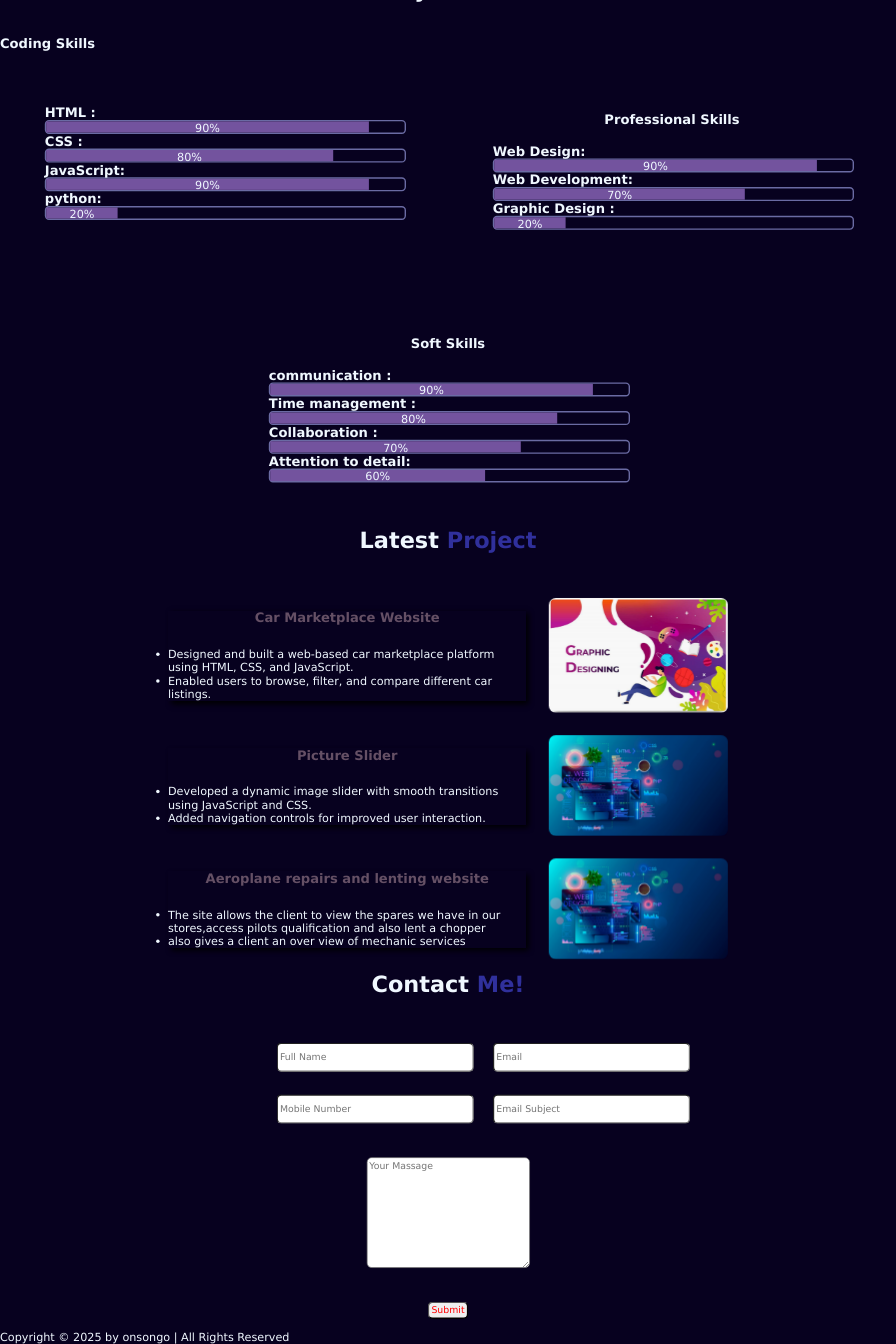
Repository: shrewd-baddest/portfolio
Page: myportfolio-main/index.html
These files come from the project's save history. The page is drawn as it stood at one moment and after the next save; the edit follows.
The browser window is 1280 px wide. The pictures show the part of the page from y = 1405 to 3325 px (the page is 3325 px tall before and 3261 px after), at 70% of full size.
Some web libraries are served in a nearby version.

Above is the page before, as saved 2025-06-09 12:22:46.

### myportfolio-main/index.html
<!DOCTYPE html>
<html lang="en">

<head>
    <meta charset="UTF-8">
    <meta http-equiv="X-UA-Compatible" content="IE=edge">
    <meta name="viewport" content="width=device-width, initial-scale=1.0">


    <title>PAUL ONSONGO - Software Engineer Portfolio</title>
  <link rel="stylesheet" href="/sting.css">

    <link rel="icon" href="img/Picsart_24-01-07_04-34-43-464.jpg">

</head>

<body>
    <!-- header design -->
    <header class="header">
        <a href="#" class="logo " >PAUL</a>
        <div id="menu_icon" class='menu_icon'>
            <img src="\myportfolio-main\img\menu.webp" alt="">
        </div>
        <nav class="navbar" id='navbar'>
            <a href="# " class="active">Home</a>
            <a href="#about">About</a>
            <a href="#skills">Skills</a>
            <a href="#portfolio">My Project</a>
            <a href="#contact">Contact</a>

         </nav>
    </header>

    <!-- home design -->
    <section class="home " id="home">
        <div class="home-content">
             <h1 class="names">Hallo, I'm <span>onsongo</span></h1>
            <div class="text-animate">
                <h3>And I'm a</h3>
                <h3><samp class="multiple-text"></samp></h3>
            </div>
            <p class="multiple-text">
                Aspiring software engineer, passionate about coding and problem-solving. Committed to learning,
                adapting, and contributing to innovative tech solutions.
            </p>
        </div>
            <div class="btn-box">
                <a href="#"  >requesting for an attachment</a>
            </div>

        <div class="home_sci">

            <a href="https://wa.me/0798233766" class='box-whatsapp' id="social"> <img src="\myportfolio-main\img\wozapu.png" alt=""></a>
            <a href="https://github.com/shrewd-baddest" class=' box-github' id="social"> <img src="\myportfolio-main\img\git1.png" alt=""></a>
             <a href="https://www.linkedin.com/in/paul onsongo" class=' box-linkedin' id="social"><img src="\myportfolio-main\img\linkedin.png" alt=""></a>

        </div>
    </section>

    <!-- about  -->
    <section class="about" id="about">
        <h2 class="heading">About <span>Me</span></h2>
  <div>

      <img src="\myportfolio-main\img\shrewd.jpg" alt="" id="shrewd">
  </div>

        <div class="about-content">
            <h3 class="cont-head">Frontend Developer !</h3>
            <p class="cont-par">Passionate Second-year software engineering student dedicated to mastering the art of coding. Eager to
                explore diverse facets of technology, from algorithm design to web development. Enthusiastic about
                problem-solving and collaborating on innovative projects. Proficient in languages like JavaScript and HTML /
                CSS. Constantly seeking opportunities to expand my skills and contribute to the ever-evolving tech
                landscape. Adept at adapting to new challenges, I aim to blend creativity with precision in crafting
                efficient software solutions. Outside the digital realm, I enjoy staying updated on industry trends and
                fostering a collaborative learning environment. Let's build the future together!</p>
        </div>

            <a href="#" class="btn">Read More</a>

    </section>

    <!-- Skills -->
    <section class="skills" id="skills">
        <h2 class="heading">My <span>Skills</span></h2>

                <h3 class="title">Coding Skills</h3>
                 <div class="grp">


                    <div class="skills-column">
                        <div class="progress">
                            <h3> HTML :</h3>
                            <div class="bar "><div class="ht ">90%</div></div>
                        </div>
                        <div class="progress">
                            <h3><i class='box-css3'></i>CSS :</h3>
                            <div class="bar"><div class="css">80%</div></div>
                        </div>
                        <div class="progress">
                            <h3><i class='bx box-javascript'></i>JavaScript:</h3>
                            <div class="bar"><div class="js">90%</div></div>
                        </div>

                        <div class="progress">
                              <h3><i class='bx box-javascript'></i>python:</h3>
                            <div class="bar"><div class="py">20%</div></div>

                </div>
            </div>
            <div class="skills-column">
                <h3 class="title">Professional Skills</h3>

                        <div class="progress">
                            <h3>Web Design:</h3>
                            <div class="bar"><div class="WG">90%</div></div>
                        </div>
                        <div class="progress">
                            <h3>Web Development:</h3>
                            <div class="bar"><div class="WD">70%</div></div>
                        </div>
                        <div class="progress">
                            <h3>Graphic Design :</h3>
                            <div class="bar"><div class="GD">20%</div></div>
                        </div>

                    </div>

            <div class="skills-column">
                <h3 class="title">Soft Skills</h3>
                <div class="skills-box">
                    <div class="skills-content">
                        <div class="progress">
                            <h3>communication :</h3>
                            <div class="bar"><div class="CO">90%</div></div>
                        </div>
                        <div class="progress">
                            <h3>Time management :</h3>
                            <div class="bar"><div class="TM">80%</div></div>
                        </div>
                        <div class="progress">
                            <h3>Collaboration :</h3>
                            <div class="bar"><div class="CB">70%</div></div>
                        </div>
                        <div class="progress">
                            <h3>Attention to detail:</h3>
                            <div class="bar"><div class="AT">60%</div></div>
                        </div>
                    </div>
                </div>
            </div>
        </div>

        </div>

    </section>

    <!-- portfolio -->
    <section class="portfolio" id="portfolio">
        <h2 class="heading">Latest <span>Project</span></h2>
        <div class="portfolio-container">
            <div class="portfolio-box">
                <div class="portfolio-layer">
                 <a href=""> <h3>Car Marketplace Website</h3> </a>
                  <ul>
                    <li>Designed and built a web-based car marketplace platform using HTML, CSS, and JavaScript.</li>
                    <li>Enabled users to browse, filter, and compare different car listings.</li>
                  </ul>



                 </div>
                <img src="img/grp.jpg" class="imag">
            </div>
            <div class="portfolio-box">
                <div class="portfolio-layer">
                   <a href=""> <h3>Picture Slider</h3></a>
                    <ul>
                        <li>Developed a dynamic image slider with smooth transitions using JavaScript and CSS.</li>
                        <li>Added navigation controls for improved user interaction.</li>
                    </ul>


                    <a href="#"><i class='bx bx-link-external'></i></a>
                </div>
                <img src="img/dhls5o34.png" class="imag">
           </div>

            <div class="portfolio-box">
                <div class="portfolio-layer">
                <a href=""><h3>Aeroplane repairs and lenting website </h3></a>
             <ul>
      <li>The site allows the client to view the spares we have in our stores,access pilots qualification and also lent a chopper</li>
      <li> also gives a client an over view of mechanic services</li>
             </ul>
                <a href="#"><i class='bx bx-link-external'></i></a>
            </div>
                <img src="img/dhls5o34.png" class="imag">

            </div>

        </div>
    </section>

    <!-- Contact -->
    <section class="contact" id="contact">
        <h2 class="heading">Contact <span>Me!</span></h2>
        <form action="#">
            <div class="input-box">
                <div class="input-field">
                    <input id="name" type="text" placeholder="Full Name" required>
                </div>
                <div class="input-field">
                    <input id="email" type="email" placeholder="Email" required>
                </div>
            </div>
            <div class="input-box">
                <div class="input-field">
                    <input id="mobile" type="number" placeholder="Mobile Number" required>
                </div>
                <div class="input-field">
                    <input id="emails" type="text" placeholder="Email Subject" required>
                </div>
            </div>
            <div class="textarea-field">
                <textarea id="massage" cols="30" rows="10" placeholder="Your Massage" required></textarea>

                <input type="submit" id="sub">
            </div>

        </form>
    </section>
    <!-- /Contact -->

    <footer class="footer">
        <div class="footer-text">
            <p>Copyright &copy; 2025 by onsongo | All Rights Reserved</p>
        </div>
        <div class="footer-iconTop">
            <a href="#"><i class='bx bx-upvote'></i></a>
        </div>
    </footer>
    <script src="https://cdnjs.cloudflare.com/ajax/libs/gsap/3.12.2/gsap.min.js"></script>
    <script src="https://cdnjs.cloudflare.com/ajax/libs/gsap/3.12.2/ScrollTrigger.min.js"></script>

    <script src="./script.js"></script>
    <script>
        const tl=gsap.timeline()
 tl.from('.names',
 {
       x:-100,
opacity:0,
duration:2,
}).from('.text-animate',{
x:-100,
opacity:0,
duration:2,
}).from('.multiple-text',{
    fontSize:'0.2',
    duration:3,
    ease:Power2.inOut,
}).from('#social',{
    y:-100,
opacity:0,
ease:'bounce',
    stagger:{
       amount:1.5,
        grid:'auto',
        axis:'y',
        from:'end',
    }
})
gsap.timeline({scrollTrigger: {
    trigger: '#shrewd',
    start: 'top 90%',
    end: 'bottom 70%',

  }}).from('#shrewd',{
    y:200,
    duration:1,
    opacity:0,


 }).from('.cont-head',{
    fontSize:'0.2',
    duration:1,
    ease:Power2.in,

}).from('.cont-par',{
    fontSize:'0.2',
    duration:3,
    ease:Power2.inOut,

})


gsap.timeline({
  scrollTrigger: {
    trigger: '.portfolio',
    start: 'top 90%',
    end: 'bottom 70%',
    toggleActions: 'play none none none'
  }
})
.from(".portfolio-layer", {
  x: -200,
  opacity: 0,
      duration:1,
  stagger: {
    amount:1.5,
    each: 1,
  }
}).from(".imag",{
     delay:0.4,
    opacity:0,
    duration:0.5,
    y:-40,
    ease:"bounce",

})


    </script>
</body>

</html>

### sting.css
*{
    margin: 0%;
    font-family: Verdana, Geneva, Tahoma, sans-serif;
    color: aliceblue;
    margin: 0;
    padding: 0;
     text-decoration: none;
    scroll-behavior: smooth;
 }
body{
    background-color: #07011f;
     position: relative;
     overflow-x: hidden;
}
.header{
    display:flex;
    flex-direction: row;
    flex-wrap: nowrap;
    position: sticky;
    top: 0%;
    background-color: black;
}
.logo{
    margin: 2rem;
    color: rgb(194, 154, 233);
    font-size: 1.5rem;
    font-weight: bolder;
    text-decoration: none;
}
.navbar{
    display: grid;
    grid-template-columns:   auto auto auto auto auto;
    position: absolute;
right: 9%;
margin-top : 2rem;
z-index: 999;

/* flex-wrap: nowrap; */

}
.navbar a{
    text-decoration: none;
    /* margin-left:2%; */
    margin-left:1.3rem;
}
.navbar a:active,a:hover {
    color: rgb(24, 74, 117);
}
 #menu_icon img{
  width:5%;
  /* height: 5%; */
  margin-top : 1.5rem;
  position: absolute;
  right: 10px;

}
.menu_icon{
  display: none;
}

.disappear{
  display: none;
}

.cool{

  display: flex;
  justify-content: center;
  align-items: center;
  flex-direction: column;

  background-color: rgb(31, 29, 33);
  list-style-type: none;
  color: rgb(35, 21, 65);
  /* max-height: 60%; */


}

.home_sci{
 display: flex;
 flex-direction: row;
 flex-wrap: nowrap;
 margin: 5rem;
}

.home_sci a img{
  width: 50%;
}

.home-content{
   margin-left: 3rem;
   max-width: 45%;
}
.home-content h1{
font-size: 2rem;
margin-top: 5rem;
margin-bottom: 4rem;
}
.text-animate h3{
    font-size: 1.4rem;
    color: rgb(178, 178, 215);
}
.home>.btn-box {
    border: 0px solid;
    margin: 3rem;
    background-color: rgb(112, 112, 162);
    padding:4px;

    border-radius: 7px;
    max-width: fit-content;
}
.btn-box a{
    text-decoration: none;

}

.about{
  background-color: rgb(29, 28, 54);
  margin-bottom: 3rem;
  padding-bottom: 3rem;

}
.about>.heading{
  font-size: 2rem;
  text-align: center;
}
.about>.heading >span{
  color: blueviolet;
}
.btn{
  border: 0px solid;
  margin: 3rem;
  background-color: rgb(112, 112, 162);
  padding:4px;

  border-radius: 7px;
  max-width: fit-content;
}
 #shrewd{
 margin-left: 30%;
  width: 35%;
  height: fit-content;
  border-radius: 50%;
 }

.about-content {
  text-align: center;
}
.about-content h3 {
  display: inline-block;
  font-size: 2.6rem;
}
.about-content p {
  font-size: 1rem;
  margin:  3rem;
}
.btn-box{
  color: white;
  margin: auto;

   transition-duration: 1s;
}
.btn-box:hover{
  background-color: rgb(29, 28, 54);
  border: 1px solid white;
}
.grp{
  display: flex;
  justify-content: center;
   align-items: center;
  flex-direction: row;
  flex-wrap: wrap;
}
 .bar{
  /* position: relative; */
  /* box-sizing: border-box; */
  height: 1rem;
  border: 2px rgb(106, 107, 163) solid;
  border-radius: 6px;
  width: 100%;

 }
 .skills-column{
  border: 0px blue solid;
  margin: 4rem;
  width:40%;
 }
.ht {
  /* position: absolute; */
  height: 1rem;
  width: 90%;
  text-align: center;
  background-color: rgb(115, 83, 158);
 }
.skills>.heading{
  text-align: center;
  font-size: 2rem;
  margin-bottom: 3rem;
}
.skills>.heading span{
  color: rgb(48, 48, 156);
}
.skills div>.title{
  margin: 1.5rem;
  text-align: center;
}
.css {
  /* position: absolute; */
  height: 1rem;
  width: 80%;
  text-align: center;
  background-color: rgb(115, 83, 158);
 }
 .js{
  /* position: absolute; */
  height: 1rem;
  width: 90%;
  background-color: rgb(115, 83, 158);
  text-align: center;
 }
 .py{
  /* position: absolute; */
  height: 1rem;
  width: 20%;
  background-color: rgb(115, 83, 158);
  text-align: center;
 }
 .WG{
    height: 1rem;
  width: 90%;
  background-color: rgb(115, 83, 158);
  text-align: center;
 }
 .WD{
    height: 1rem;
  width: 70%;
  background-color: rgb(115, 83, 158);
  text-align: center;
 }
 .GD{
    height: 1rem;
  width: 20%;
  background-color: rgb(115, 83, 158);
  text-align: center;
 }

 .CO{
  height: 1rem;
width: 90%;
background-color: rgb(115, 83, 158);
text-align: center;
}
.TM{
  height: 1rem;
width: 80%;
background-color: rgb(115, 83, 158);
text-align: center;
}
.CB{
  height: 1rem;
width: 70%;
background-color: rgb(115, 83, 158);
text-align: center;
}
.AT{
  height: 1rem;
width: 60%;
background-color: rgb(115, 83, 158);
text-align: center;
}
.portfolio-box{
  display: flex;
  justify-content: center;
  align-items: center;

}
.portfolio-layer{
 max-width: 40%;
  box-shadow: 4px 4px 8px black;
  margin: 1rem;
}
.portfolio-layer h3{
    text-align: center;
    margin-bottom: 2rem;
    color: rgb(101, 80, 101);
  }
  .portfolio-layer a{
    text-decoration: none;
  }

.portfolio-box img{
   width: 20%;
   height: 20%;
  margin: 1rem;
  border-radius: 10px;
}
.portfolio>.heading{
  text-align: center;
  font-size: 2rem;
  margin-bottom: 3rem;
}
.portfolio>.heading span{
  color: rgb(48, 48, 156);
}
/* form{
  display: flex;
  justify-content: center;
  align-items: center;
  flex-direction: row;
  flex-wrap: wrap;
} */
.input-box{
  display: flex;
  justify-content: center;
  align-items: center;

  flex-wrap: wrap;
}

.input-field{
  margin: 4rem;
  margin-bottom: 1rem;
  margin-top: 1rem;

}
.input-field>input{
  width: 150%;
  height: 2rem;
  padding: 3px;
  border-radius: 7px;


}


.contact>.heading{
  text-align: center;
  font-size: 2rem;
  margin-bottom: 3rem;
}
.contact>.heading span{
  color: rgb(48, 48, 156);
}
.textarea-field{
 /* position: absolute; */
display: flex;
justify-content: center;
align-items: center;
flex-direction: column;
  /* background-color: rgb(54, 29, 111); */
}
input[type='submit']{
  color: red;
  padding: 3px;

}
#massage{
  padding: 3px;
  margin:2rem ;
  border-radius: 7px;
}
#sub{
  margin: 1rem;
  border-radius: 7px;

}
#sub:hover{
  cursor: pointer;

}

### myportfolio-main/script.js


const menuicon = document.getElementById("menu_icon");
const navbar = document.getElementById("navbar");
  let parentelem=navbar.closest('.header')


   let isElementCreated = false;
     window.addEventListener("resize",()=>{

         const screenWidth = window.screen.width; // Total screen width
         const currentWidth = window.innerWidth;
 if(currentWidth<=screenWidth * 0.4 && !isElementCreated) {
         menuicon.classList.remove("menu_icon");
         navbar.style.display= "none";
        menuicon.addEventListener('click',()=>{

 if( navbar.style.display==="none"){
    navbar.style.display= "grid";
    parentelem.classList.remove('header')
    navbar.classList.replace('navbar','cool');

 }
 else{
        navbar.style.display= "none";
 }

})
 isElementCreated =true;
 }
         else if(currentWidth > screenWidth * 0.4 && isElementCreated){
             // results.textContent="screenWidth";
                    //  const element=document.getElementById("dope");

                    navbar.style.display= "grid";
                    menuicon.classList.add("menu_icon");


if(navbar .classList.contains("cool")){
       parentelem.classList.add('header')
 navbar.classList.replace("cool","navbar");
}




isElementCreated = false;

         }})

After the next save:
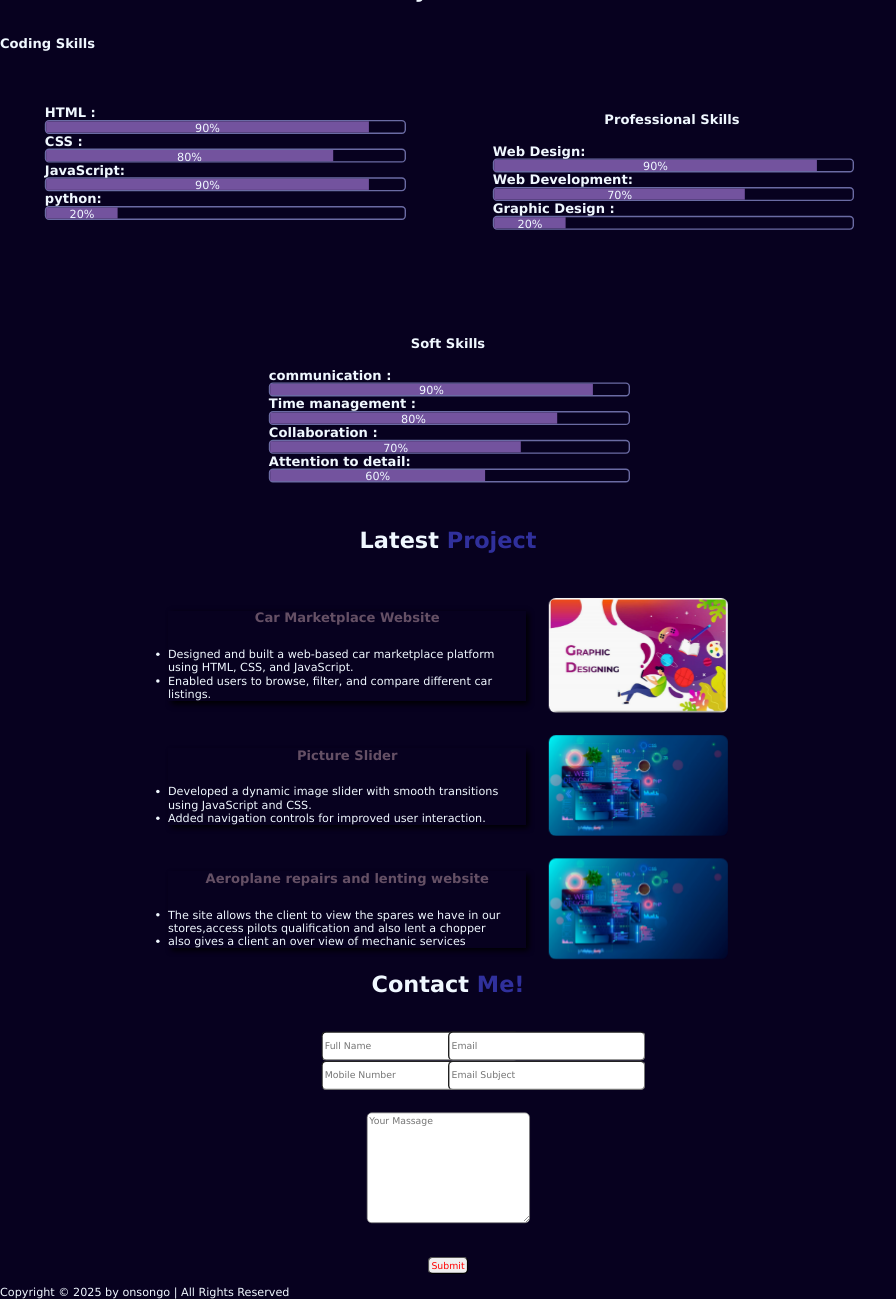
Saved 5 s later.
--- a/sting.css
+++ b/sting.css
@@ -317,7 +317,7 @@
 
   flex-wrap: wrap;
 }
-
+.input
 .input-field{
   margin: 4rem;
   margin-bottom: 1rem;

After the 2 saves that followed:
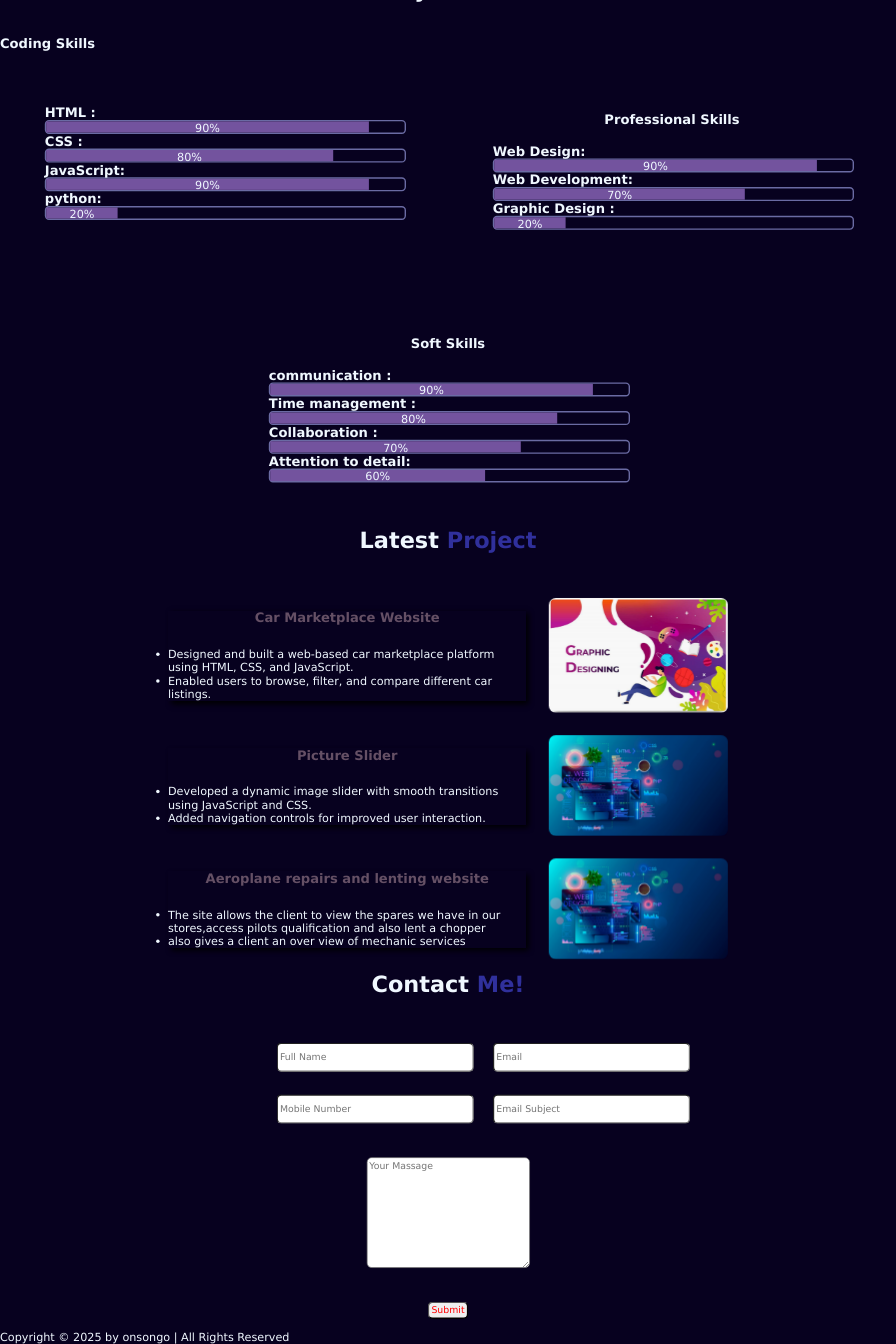
The 2 saves are shown as one change because they came seconds apart.
The last was saved 6 s later.
--- a/sting.css
+++ b/sting.css
@@ -317,7 +317,7 @@
 
   flex-wrap: wrap;
 }
-.input
+.input:hover{}
 .input-field{
   margin: 4rem;
   margin-bottom: 1rem;
